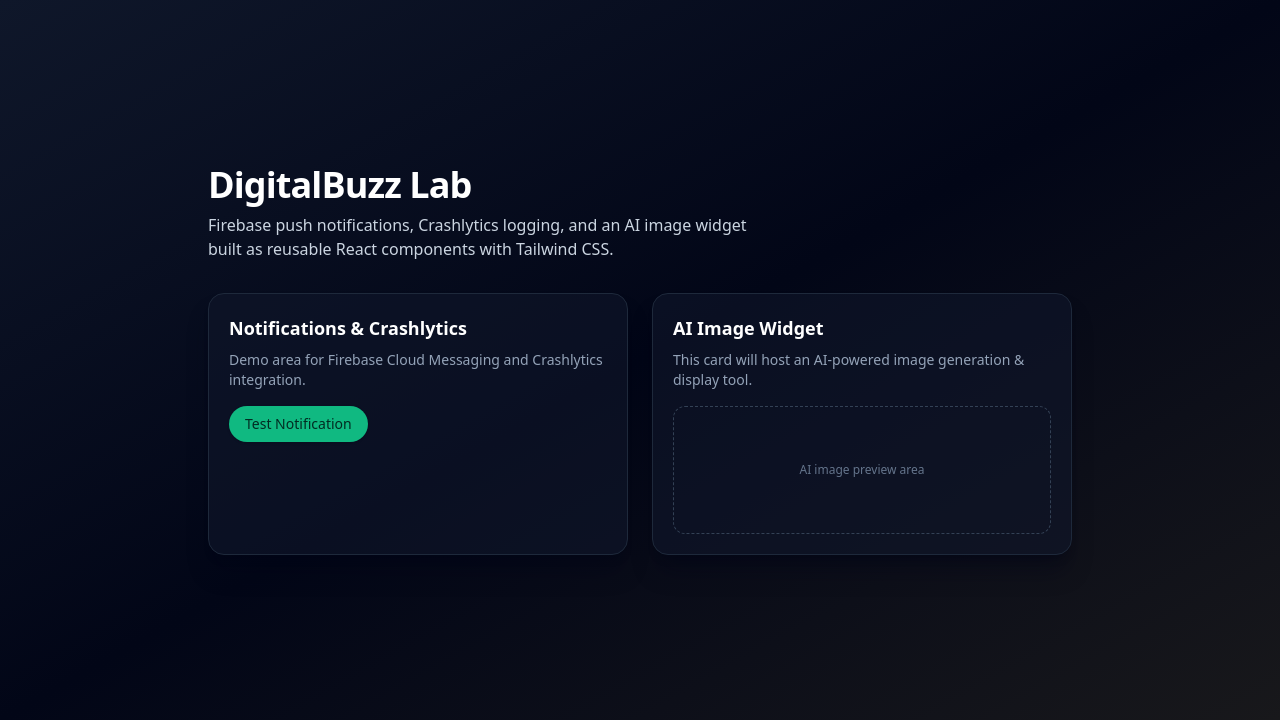
Repository: Akshad03/widget-dashboard
Page: /
The author's editor kept a copy of each file at every save. The page is drawn from the files as they stood at one save, then again after the next save.
The browser window is 1280 px wide. The pictures show the whole page.
The project was rebuilt for these pictures with package versions that can differ from the ones it lists, and the page was loaded fresh each time. Also part of the build but not shown: src/App.css.

Above is the page before, as saved 2025-12-07 19:40:34.

After the next save:
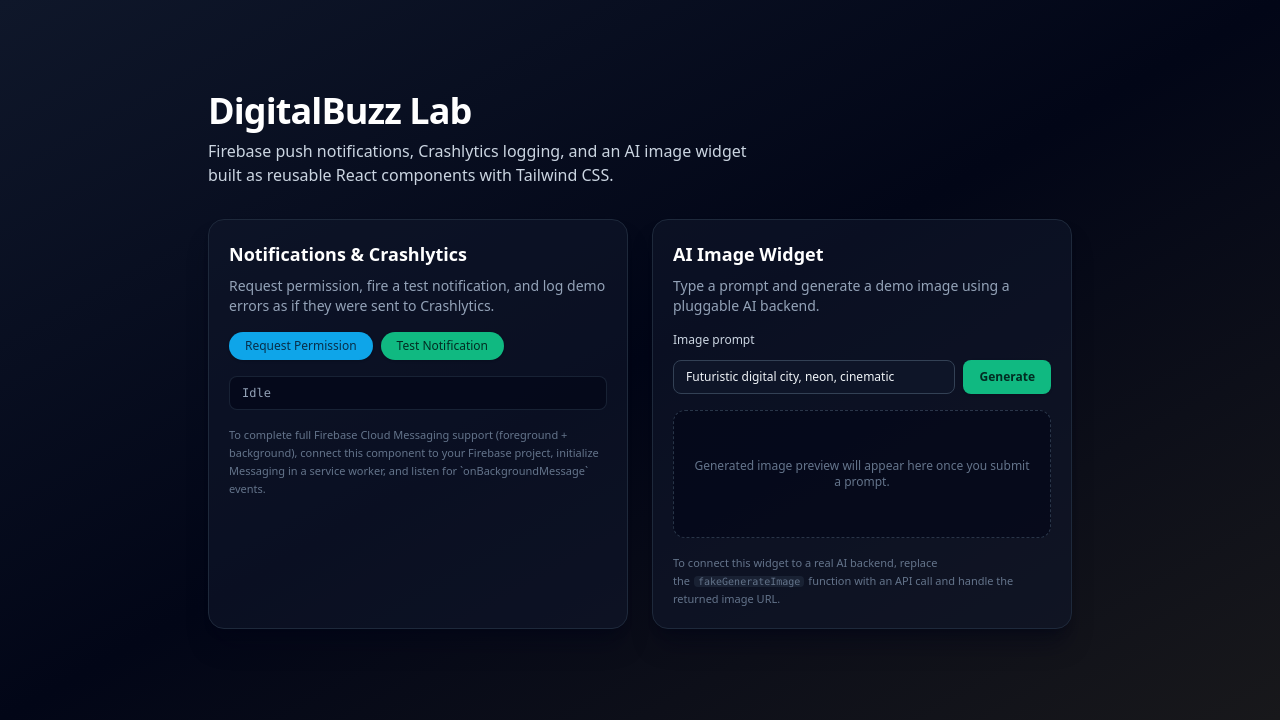
Saved 16 s later.
--- a/src/App.js
+++ b/src/App.js
@@ -1,5 +1,7 @@
 import React from 'react';
 import './App.css';
+import NotificationDemo from './components/NotificationDemo';
+import AiImageWidget from './components/AiImageWidget';
 
 function App() {
   return (
@@ -18,24 +20,19 @@
           <div className="bg-slate-900/60 border border-slate-800 rounded-2xl p-5 shadow-xl shadow-slate-950/40">
             <h2 className="text-lg font-semibold text-white mb-2">Notifications & Crashlytics</h2>
             <p className="text-sm text-slate-400 mb-4">
-              Demo area for Firebase Cloud Messaging and Crashlytics integration.
+              Request permission, fire a test notification, and log demo errors
+              as if they were sent to Crashlytics.
             </p>
-            <button
-              type="button"
-              className="inline-flex items-center rounded-full bg-emerald-500 px-4 py-2 text-sm font-medium text-emerald-950 shadow hover:bg-emerald-400 focus-visible:outline-none focus-visible:ring-2 focus-visible:ring-emerald-400 focus-visible:ring-offset-2 focus-visible:ring-offset-slate-900 transition-colors"
-            >
-              Test Notification
-            </button>
+            <NotificationDemo />
           </div>
 
           <div className="bg-slate-900/60 border border-slate-800 rounded-2xl p-5 shadow-xl shadow-slate-950/40">
             <h2 className="text-lg font-semibold text-white mb-2">AI Image Widget</h2>
             <p className="text-sm text-slate-400 mb-4">
-              This card will host an AI-powered image generation & display tool.
+              Type a prompt and generate a demo image using a pluggable
+              AI backend.
             </p>
-            <div className="h-32 rounded-xl border border-dashed border-slate-700 flex items-center justify-center text-xs text-slate-500">
-              AI image preview area
-            </div>
+            <AiImageWidget />
           </div>
         </div>
       </div>
